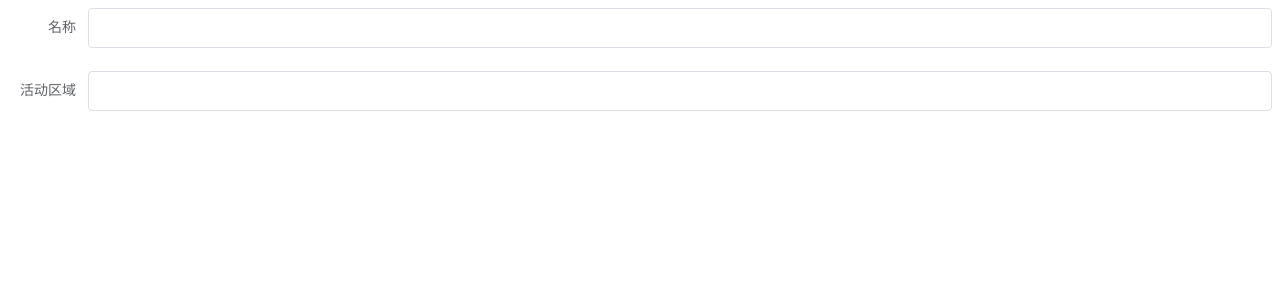
Repository: StenphonCook/mallmanger_my
Page: /#/login
The author's editor kept a copy of each file at every save. The page is drawn from the files as they stood at one save, then again after the next save.
The browser window is 1280 px wide. The pictures show the whole page.
The project was rebuilt for these pictures with package versions that can differ from the ones it lists, and the page was loaded fresh each time.

Above is the page before, as saved 2022-05-17 10:25:14.

### index.html
<!DOCTYPE html>
<html>
  <head>
    <meta charset="utf-8">
    <meta name="viewport" content="width=device-width,initial-scale=1.0">
    <title>mallmanager_my</title>
  </head>
  <body>
    <div id="app"></div>
    <!-- built files will be auto injected -->
  </body>
</html>

### src/main.js
// The Vue build version to load with the `import` command
// (runtime-only or standalone) has been set in webpack.base.conf with an alias.
import Vue from 'vue'
import App from './App'
import router from './router'
import ElementUI from 'element-ui';
import 'element-ui/lib/theme-chalk/index.css';
Vue.use(ElementUI);

Vue.config.productionTip = false

/* eslint-disable no-new */
new Vue({
    el: '#app',
    router,
    // render:(h)=>h{App}下方代码等价写法，
    components: { App },
    template: '<App/>'
})

### src/router/index.js
import Vue from 'vue'
import Router from 'vue-router'
import Login from '@/components/login/login.vue'

Vue.use(Router)

export default new Router({
    routes: [{
        name: 'login',
        path: '/login',
        component: Login
    }]
})

### src/components/login/login.vue
<template>
  <div>
    <el-form
    :label-position="top"
    label-width="80px"
    :model="formdata">
        <el-form-item label="名称">
            <el-input v-model="formdata.name"></el-input>
        </el-form-item>
        <el-form-item label="活动区域">
            <el-input v-model="formdata.password"></el-input>
        </el-form-item>
    </el-form>
  </div>
</template>

<script>
export default {
    name:'Login',
    data () {
        return {
            formdata:{
                username:'',
                password:''
            }
        }
    }
}
</script>

<style>

</style>

Loaded but not shown: src/App.vue (common file)

After the next save:
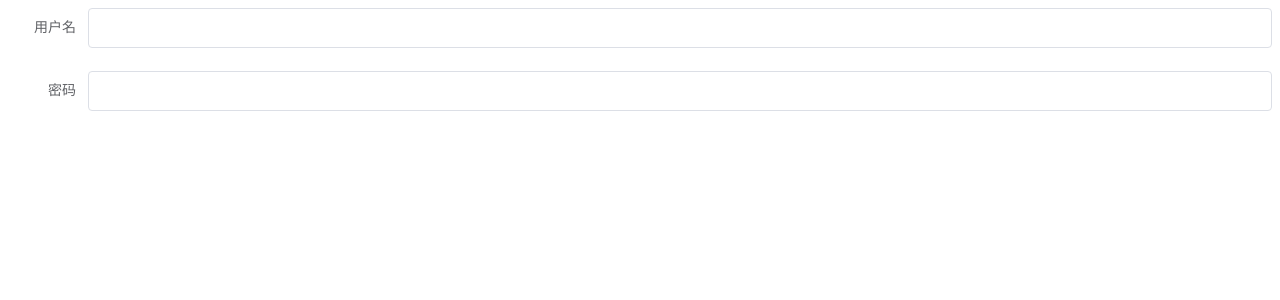
Saved 32 s later.
--- a/src/components/login/login.vue
+++ b/src/components/login/login.vue
@@ -4,10 +4,10 @@
     :label-position="top"
     label-width="80px"
     :model="formdata">
-        <el-form-item label="名称">
+        <el-form-item label="用户名">
             <el-input v-model="formdata.name"></el-input>
         </el-form-item>
-        <el-form-item label="活动区域">
+        <el-form-item label="密码">
             <el-input v-model="formdata.password"></el-input>
         </el-form-item>
     </el-form>
